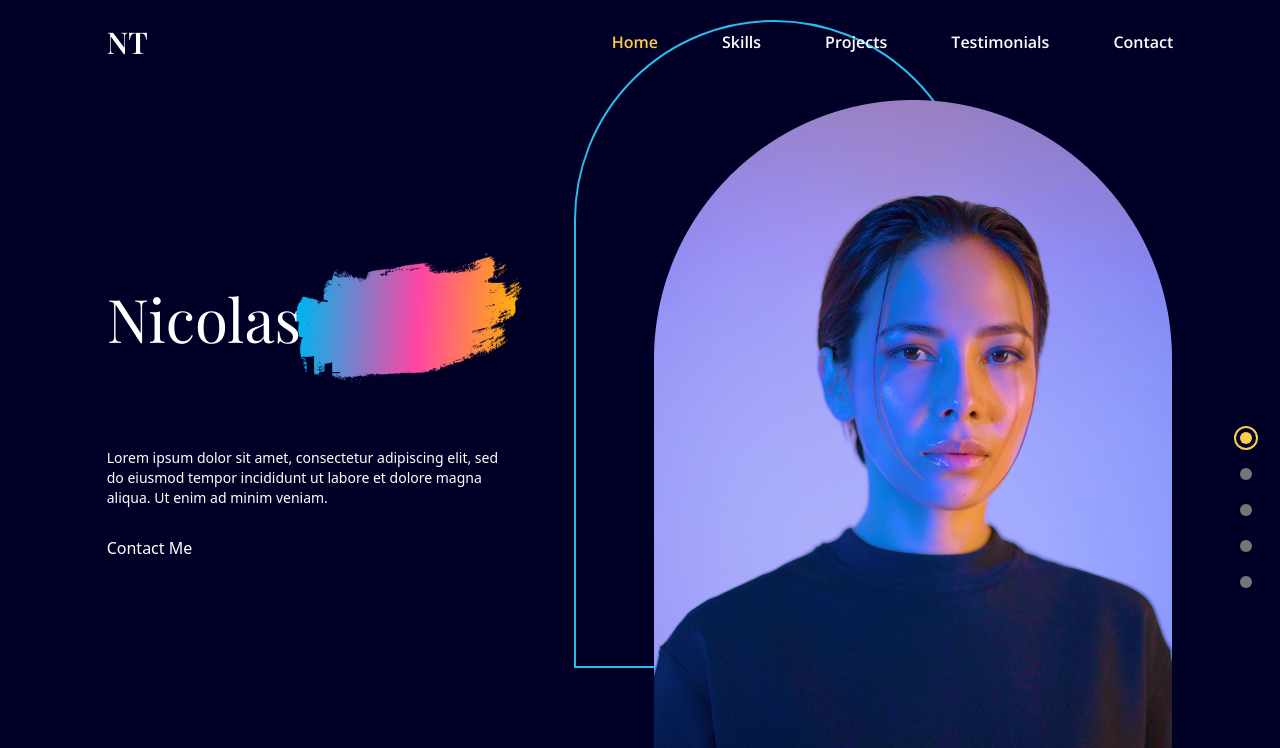
Repository: thibaultNicolas/portfolio-react
Page: /
An editor plug-in stored every save of this project. The page is shown before and after a run of saves, followed by the edit.
The browser window is 1280 px wide. The pictures show the whole page.
The project was rebuilt for these pictures with package versions that can differ from the ones it lists, and the page was loaded fresh each time. Also part of the build but not shown: next.config.ts.

Above is the page before, as saved 2023-01-08 10:47:17.

### public/index.html
<!DOCTYPE html>
<html lang="en">

<head>
  <meta charset="utf-8" />
  <link rel="icon" href="%PUBLIC_URL%/favicon.ico" />
  <meta name="viewport" content="width=device-width, initial-scale=1" />
  <meta name="theme-color" content="#000000" />
  <meta name="description" content="Web site created using create-react-app" />
  <link rel="apple-touch-icon" href="%PUBLIC_URL%/logo192.png" />
  <!--
      manifest.json provides metadata used when your web app is installed on a
      user's mobile device or desktop. See https://developers.google.com/web/fundamentals/web-app-manifest/
    -->
  <link rel="manifest" href="%PUBLIC_URL%/manifest.json" />
  <!--
      Notice the use of %PUBLIC_URL% in the tags above.
      It will be replaced with the URL of the `public` folder during the build.
      Only files inside the `public` folder can be referenced from the HTML.

      Unlike "/favicon.ico" or "favicon.ico", "%PUBLIC_URL%/favicon.ico" will
      work correctly both with client-side routing and a non-root public URL.
      Learn how to configure a non-root public URL by running `npm run build`.
    -->
  <title>React App</title>
  <link href="/public/output.css" rel="stylesheet">
</head>

<body>
  <noscript>You need to enable JavaScript to run this app.</noscript>
  <div id="root"></div>
  <!--
      This HTML file is a template.
      If you open it directly in the browser, you will see an empty page.

      You can add webfonts, meta tags, or analytics to this file.
      The build step will place the bundled scripts into the <body> tag.

      To begin the development, run `npm start` or `yarn start`.
      To create a production bundle, use `npm run build` or `yarn build`.
    -->
</body>

</html>

### src/index.css
@import url('https://fonts.googleapis.com/css2?family=Open+Sans:wght@400;600&family=Playfair+Display:wght@400;600&display=swap');

@tailwind base;
@tailwind components;
@tailwind utilities;

html,
body,
#root,
.app{
    height: 100%;
    background-color: #010026;
    @apply text-white;
}

### src/scenes/Navbar.jsx
import { useState } from 'react';
import AnchorLink from 'react-anchor-link-smooth-scroll';
import useMediaQuery from '../hooks/useMediaQuery';

const Link = ({ page, selectedPage, setSelectedPage }) => {
    const lowerCasePage = page.toLowerCase();
    return (
        <AnchorLink
            className={`${selectedPage === lowerCasePage ? 'text-yellow' : ''}
            hover:text-yellow transition duration-500`}
            href={`#${lowerCasePage}`}
            onClick={() => setSelectedPage(lowerCasePage)}
        >
            {page}
        </AnchorLink>
    );
};

const Navbar = ({ isTopOfPage, selectedPage, setSelectedPage }) => {
    const [isMenuToggled, setIsMenuToggled] = useState(false);
    const isAboveSmallScreens = useMediaQuery('(min-width:768px)');
    const navbarBackground = isTopOfPage ? "" : "bg-red";

    return (
        <nav className={`${navbarBackground} z-40 w-full fixed top-0 py-6`}>
            <div className="flex items-center justify-between mx-auto w-5/6">
                <h4 className="font-playfair text-3xl font-bold">NT</h4>

                {/* DESKTOP NAV */}
                {isAboveSmallScreens ? (
                    <div className="flex justify-between gap-16 font-openSans txt-sm font-semibold">
                        <Link
                            page="Home"
                            selectedPage={selectedPage}
                            setSelectedPage={setSelectedPage}
                        />
                        <Link
                            page="Skills"
                            selectedPage={selectedPage}
                            setSelectedPage={setSelectedPage}
                        />
                        <Link
                            page="Projects"
                            selectedPage={selectedPage}
                            setSelectedPage={setSelectedPage}
                        />
                        <Link
                            page="Testimonials"
                            selectedPage={selectedPage}
                            setSelectedPage={setSelectedPage}
                        />
                        <Link
                            page="Contact"
                            selectedPage={selectedPage}
                            setSelectedPage={setSelectedPage}
                        />
                    </div>
                ) : (
                    <button
                        className="rounded-full bg-red p-2"
                        onClick={() => setIsMenuToggled(!isMenuToggled)}
                    >
                        <img src="../assets/menu-icon.svg" alt="menu-icon" />
                    </button>
                )}

                {/* MOBILE MENU POPUP */}
                {!isAboveSmallScreens && isMenuToggled && (
                    <div className="fixed right-0 bottom-0 h-full bg-blue w-[300px]">
                        {/* CLOSE ICON */}
                        <div className="flex justify-end p-12">
                            <button
                                onClick={() => setIsMenuToggled(!isMenuToggled)}
                            >
                                <img
                                    src="../assets/close-icon.svg"
                                    alt="close-icon"
                                />
                            </button>
                        </div>
                        {/* MENU ITEMS */}
                        <div className="flex flex-col gap-10 ml-[33%] text-2xl text-deep-blue">
                            <Link
                                page="Home"
                                selectedPage={selectedPage}
                                setSelectedPage={setSelectedPage}
                            />
                            <Link
                                page="Skills"
                                selectedPage={selectedPage}
                                setSelectedPage={setSelectedPage}
                            />
                            <Link
                                page="Projects"
                                selectedPage={selectedPage}
                                setSelectedPage={setSelectedPage}
                            />
                            <Link
                                page="Testimonials"
                                selectedPage={selectedPage}
                                setSelectedPage={setSelectedPage}
                            />
                            <Link
                                page="Contact"
                                selectedPage={selectedPage}
                                setSelectedPage={setSelectedPage}
                            />
                        </div>
                    </div>
                )}
            </div>
        </nav>
    );
};

export default Navbar;

### src/scenes/DotGroup.jsx
import AnchorLink from 'react-anchor-link-smooth-scroll';
const DotGroup = ({ selectedPage, setSelectedPage }) => {
    const selectedStyles = `relative bg-yellow before:absolute before:w-6 before:h-6
    before:rounded-full before:border-2 before:border-yellow before:left-[-50%]
    before:top-[-50%]`;
    return (
        <div className="flex flex-col gap-6 fixed top-[60%] right-7">
            <AnchorLink
                className={`${selectedPage === 'home' ? selectedStyles : 'bg-dark-grey'}
            w-3 h-3 rounded-full`}
                href="#home"
                onClick={() => setSelectedPage('home')}
            />
            <AnchorLink
                className={`${selectedPage === 'skills' ? selectedStyles : 'bg-dark-grey'}
            w-3 h-3 rounded-full`}
                href="#skills"
                onClick={() => setSelectedPage('skills')}
            />
            <AnchorLink
                className={`${selectedPage === 'projects' ? selectedStyles : 'bg-dark-grey'}
            w-3 h-3 rounded-full`}
                href="#projects"
                onClick={() => setSelectedPage('projects')}
            />
            <AnchorLink
                className={`${selectedPage === 'testimonials' ? selectedStyles : 'bg-dark-grey'}
            w-3 h-3 rounded-full`}
                href="#testimonials"
                onClick={() => setSelectedPage('testimonials')}
            />
            <AnchorLink
                className={`${selectedPage === 'contact' ? selectedStyles : 'bg-dark-grey'}
            w-3 h-3 rounded-full`}
                href="#contact"
                onClick={() => setSelectedPage('contact')}
            />
        </div>
    );
};
export default DotGroup;

### src/scenes/Landing.jsx
import useMediaQuery from '../hooks/useMediaQuery';
import { motion } from 'framer-motion';
import AnchorLink from 'react-anchor-link-smooth-scroll';

const Landing = ({ setSelectedPage }) => {
    const isAboveMediumScreens = useMediaQuery('(min-width:1060px)');

    return (
        <section
            id="home"
            className="md:flex md:justify-between md:items-center md:h-full gap-16 py-10"
        >
            {/* IMAGE SECTION */}
            <div className="md:order-2 flex justify-center basis-3/5 z-10 mt-16 md:mt-32">
                {isAboveMediumScreens ? (
                    <div className="relative z-0 ml-20 before:absolute before:-top-20 before:-left-20 before:rounded-t-[400px] before:w-full before:max-w-[400px] before:h-full before:border-2 before:border-blue before:z-[-1]">
                        <img
                            src="assets/profile-image.png"
                            alt="profile"
                            className="hover:filter hover:saturate-200 transition duration-500 z-10 w-full max-w-[400px] md:max-w-[600px]"
                        />
                    </div>
                ) : (
                    <img
                        src="assets/profile-image.png"
                        alt="profile"
                        className="hover:filter hover:saturate-200 transition duration-500 z-10 w-full max-w-[400px] md:max-w-[600px]"
                    />
                )}
            </div>

            {/* MAIN SECTION */}
            <div className="z-30 basis-2/5 mt-12 md:mt-32">
                {/* HEADING SECTION */}
                <motion.div
                    initial="hidden"
                    whileInView="visible"
                    viewport={{ once: true, amount: 0.5 }}
                    transition={{ duration: 0.5 }}
                    variants={{
                        hidden: { opacity: 0, x: -50 },
                        visible: { opacity: 1, x: 0 },
                    }}
                >
                    <p className="text-6xl font-playfair z-10 text-center md:text-start">
                        Nicolas {''}
                        <span
                            className="xs:relative xs:text-deep-blue xs:font-semibold z-20
                        xs:before:content-brush before:absolute before:-left-[25px] before:-top-[70px] before:z-[-1]
                        "
                        >
                            Thibault
                        </span>
                    </p>
                    <p className="mt-10 mb-7 text-sm text-center md:text-start">
                        Lorem ipsum dolor sit amet, consectetur adipiscing elit,
                        sed do eiusmod tempor incididunt ut labore et dolore
                        magna aliqua. Ut enim ad minim veniam.
                    </p>
                </motion.div>

                {/* CALL TO ACTION */}
                <motion.div
                    className='flex mt-5 justify-center md:justify-start'
                    initial="hidden"
                    whileInView="visible"
                    viewport={{ once: true, amount: 0.5 }}
                    transition={{ delay:0.2, duration: 0.5 }}
                    variants={{
                        hidden: { opacity: 0, x: -50 },
                        visible: { opacity: 1, x: 0 },
                    }}
                >
                    <AnchorLink
                    className='bg-gradient-'
                    onClick={()=> setSelectedPage("contact")}
                    href="#contact">
                        Contact Me
                    </AnchorLink>
                </motion.div>
            </div>
        </section>
    );
};
export default Landing;

### src/hooks/useMediaQuery.jsx
import { useState, useEffect } from 'react';

const useMediaQuery = (query) => {
    const [matches, setMatches] = useState(false);

    useEffect(() => {
        const media = window.matchMedia(query);
        if (media.matches !== matches) {
            setMatches(media.matches);
        }
        const listener = () => setMatches(media.matches);
        window.addEventListener('resize', listener);
        return () => window.removeEventListener('resize', listener);
    }, [matches, query]);

    return matches;
};

export default useMediaQuery;

Loaded but not shown: src/index.js (common file); src/App.js (37 lines, source omitted); tailwind.config.js (41 lines, source omitted); public/output.css (740 lines, source omitted)

After the next 2 saves:
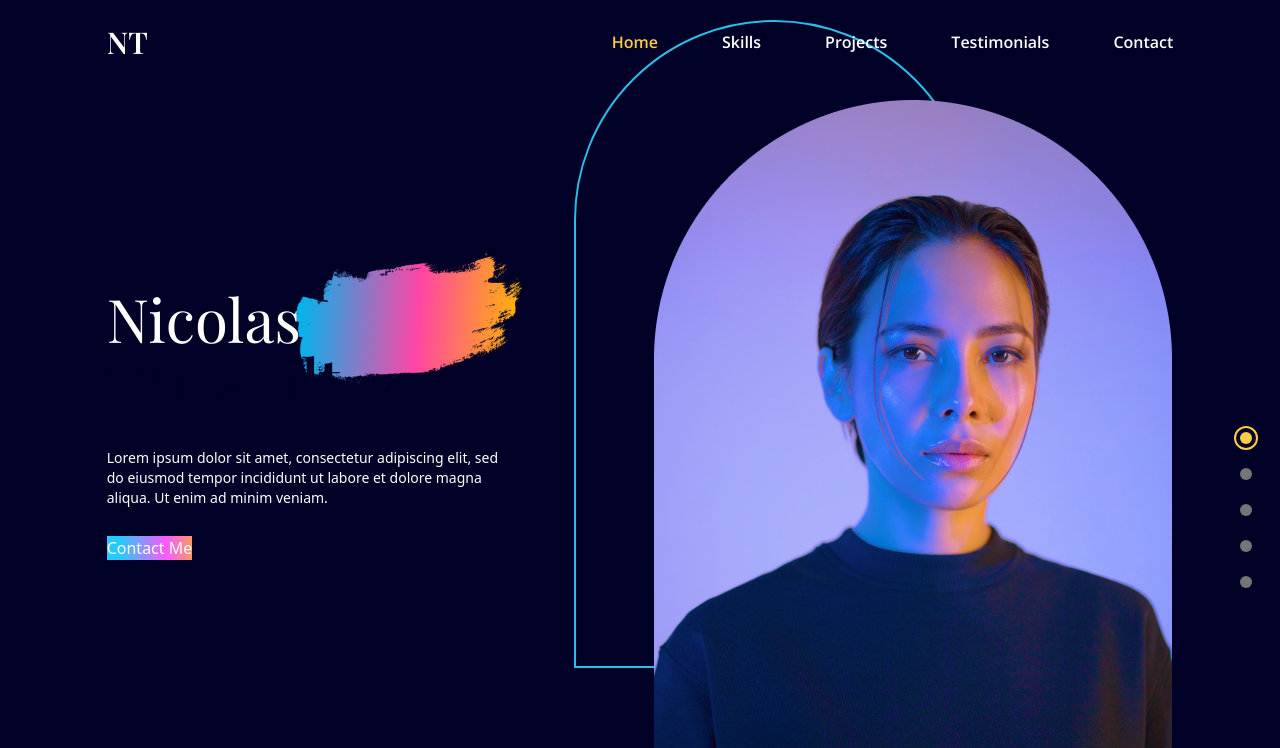
The 2 saves are shown as one change because they came seconds apart.
The last was saved 7 s later.
--- a/src/scenes/Landing.jsx
+++ b/src/scenes/Landing.jsx
@@ -72,7 +72,7 @@ const Landing = ({ setSelectedPage }) => {
                     }}
                 >
                     <AnchorLink
-                    className='bg-gradient-'
+                    className='bg-gradient-rainblue'
                     onClick={()=> setSelectedPage("contact")}
                     href="#contact">
                         Contact Me
